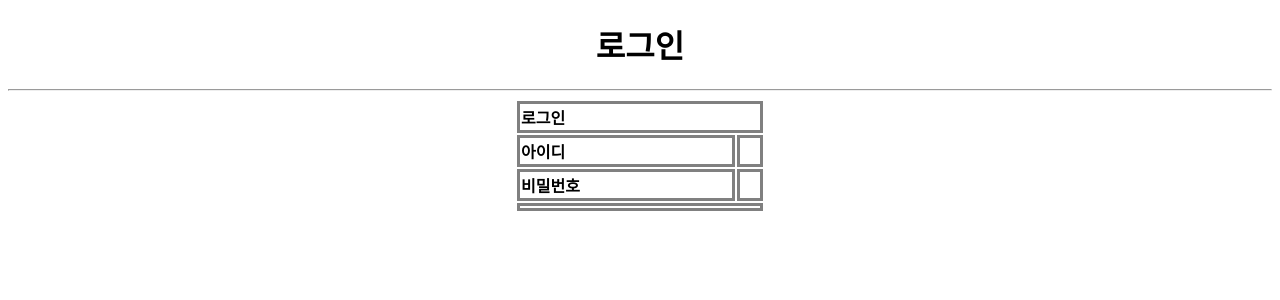
Repository: nijooymik/smartfactory
Page: http://localhost/t0721/login/login_form.jsp
An editor plug-in stored every save of this project. The page is shown before and after the next save, followed by the edit.
The browser window is 1280 px wide. The pictures show the whole page.
The page is served by Tomcat 9.

Above is the page before, as saved 2022-07-21 06:02:36.

After the next save:
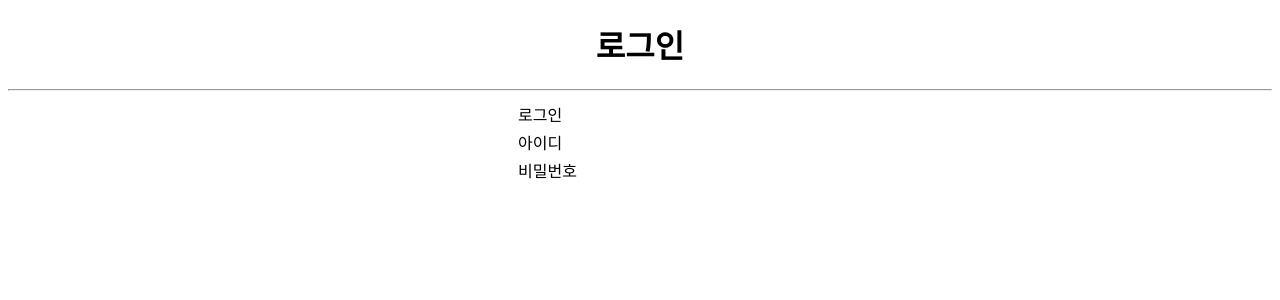
Saved 23 s later.
--- a/jsp/t0721/src/main/webapp/login/login_form.jsp
+++ b/jsp/t0721/src/main/webapp/login/login_form.jsp
@@ -13,8 +13,7 @@ table {
 }
 
 td {
-	border: solid grey;
-	font-weight: bold;
+	border: 0px solid grey;
 	padding: 1px;
 	text-align: left;
 }
